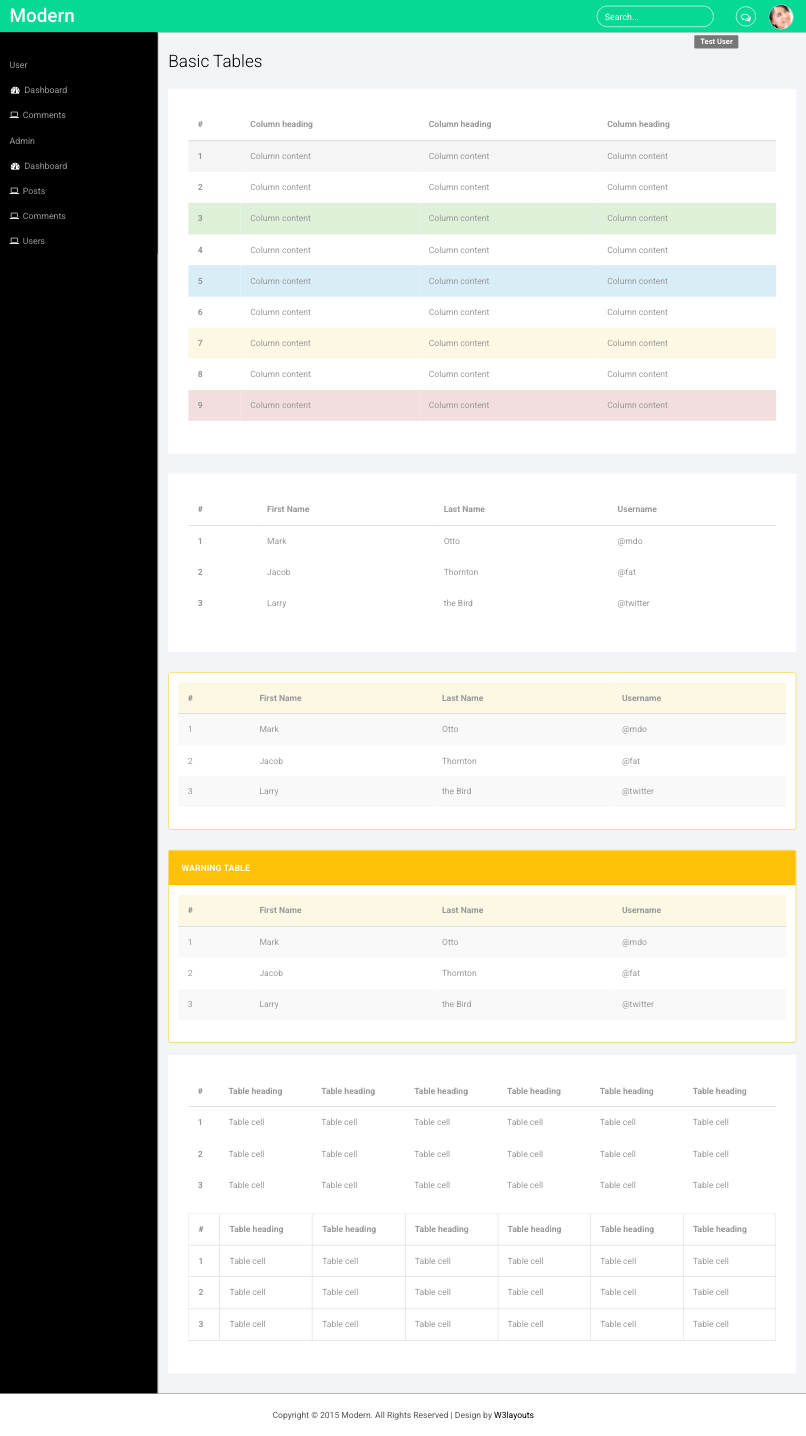
Repository: NomanMustafa/laravel-blog
Page: http://localhost/user/comments
These files come from the project's save history. The page is drawn as it stood at one moment and after the next save; the edit follows.
The browser window is 1280 px wide. The pictures show the whole page, at 63% of full size.
The page is served by the project's Laravel application, run on PHP 8.4 with Laravel 8. A made-up administrator, Test User (test@example.com), is signed in.

Above is the page before, as saved 2020-07-06 14:43:25.

After the next save:
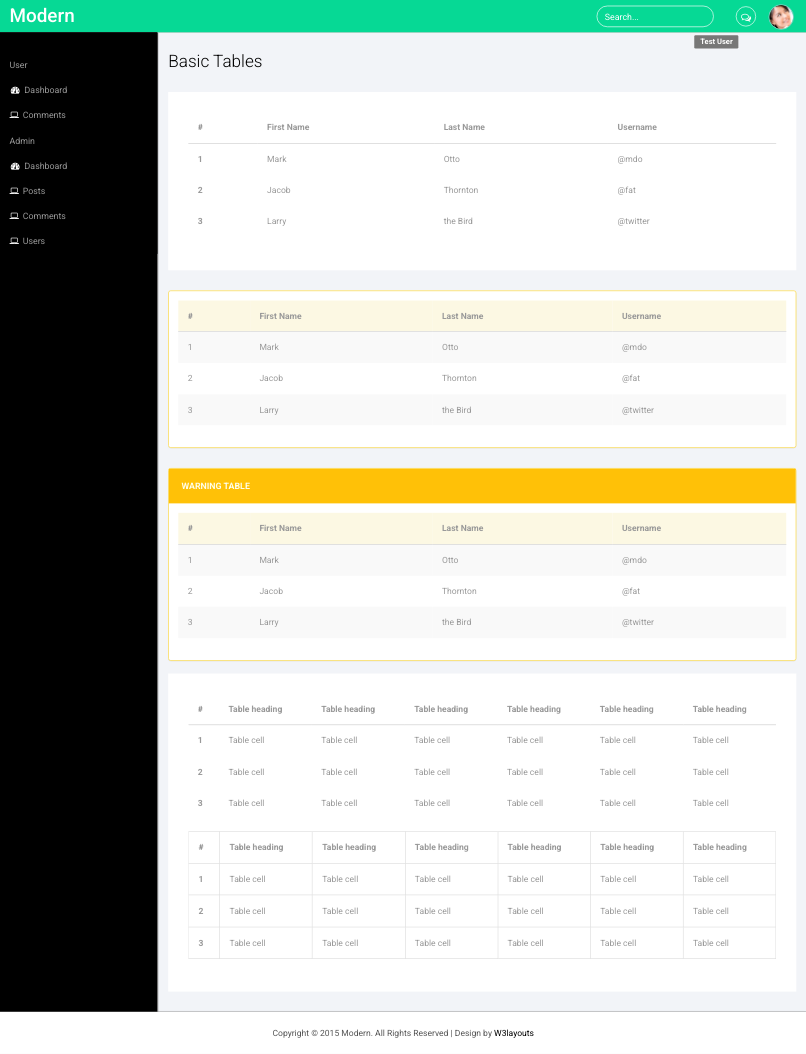
Saved 62 s later.
--- a/resources/views/user/comments.blade.php
+++ b/resources/views/user/comments.blade.php
@@ -3,74 +3,7 @@
 @section('content')
 <div class="xs">
   	 <h3>Basic Tables</h3>
-  	<div class="bs-example4" data-example-id="contextual-table">
-    <table class="table">
-      <thead>
-        <tr>
-          <th>#</th>
-          <th>Column heading</th>
-          <th>Column heading</th>
-          <th>Column heading</th>
-        </tr>
-      </thead>
-      <tbody>
-        <tr class="active">
-          <th scope="row">1</th>
-          <td>Column content</td>
-          <td>Column content</td>
-          <td>Column content</td>
-        </tr>
-        <tr>
-          <th scope="row">2</th>
-          <td>Column content</td>
-          <td>Column content</td>
-          <td>Column content</td>
-        </tr>
-        <tr class="success">
-          <th scope="row">3</th>
-          <td>Column content</td>
-          <td>Column content</td>
-          <td>Column content</td>
-        </tr>
-        <tr>
-          <th scope="row">4</th>
-          <td>Column content</td>
-          <td>Column content</td>
-          <td>Column content</td>
-        </tr>
-        <tr class="info">
-          <th scope="row">5</th>
-          <td>Column content</td>
-          <td>Column content</td>
-          <td>Column content</td>
-        </tr>
-        <tr>
-          <th scope="row">6</th>
-          <td>Column content</td>
-          <td>Column content</td>
-          <td>Column content</td>
-        </tr>
-        <tr class="warning">
-          <th scope="row">7</th>
-          <td>Column content</td>
-          <td>Column content</td>
-          <td>Column content</td>
-        </tr>
-        <tr>
-          <th scope="row">8</th>
-          <td>Column content</td>
-          <td>Column content</td>
-          <td>Column content</td>
-        </tr>
-        <tr class="danger">
-          <th scope="row">9</th>
-          <td>Column content</td>
-          <td>Column content</td>
-          <td>Column content</td>
-        </tr>
-      </tbody>
-    </table>
-   </div>
+
    <div class="panel-body1">
    <table class="table">
      <thead>
